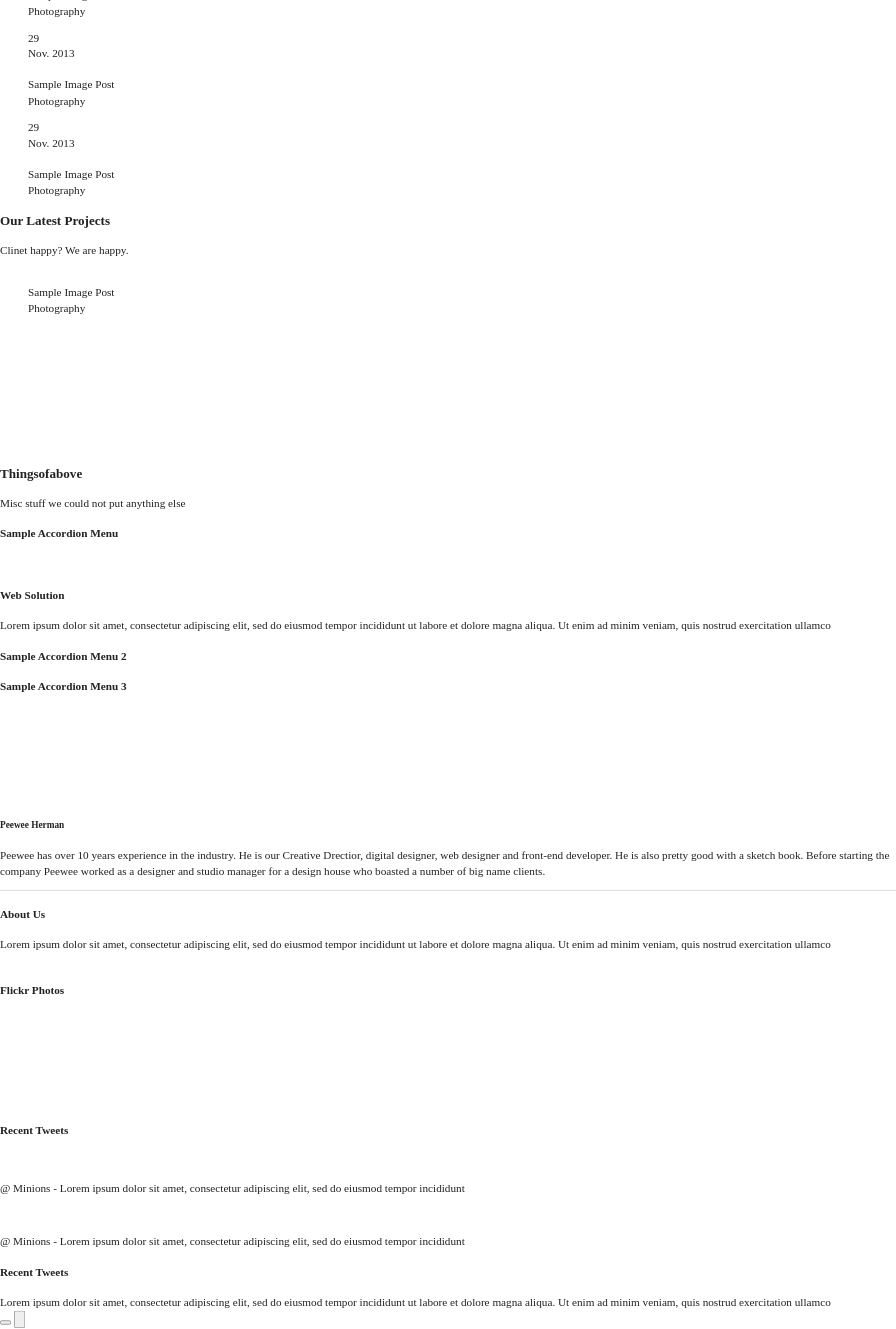
Repository: claudiashin/metrolics
Page: index.html
An editor plug-in stored every save of this project. The page is shown before and after a run of saves, followed by the edit.
The browser window is 1280 px wide. The pictures show the part of the page from y = 1495 to 3415 px (the page is 3393 px tall before and 3415 px after), at 70% of full size.

Above is the page before, as saved 2021-01-27 17:12:57.

After the next 3 saves:
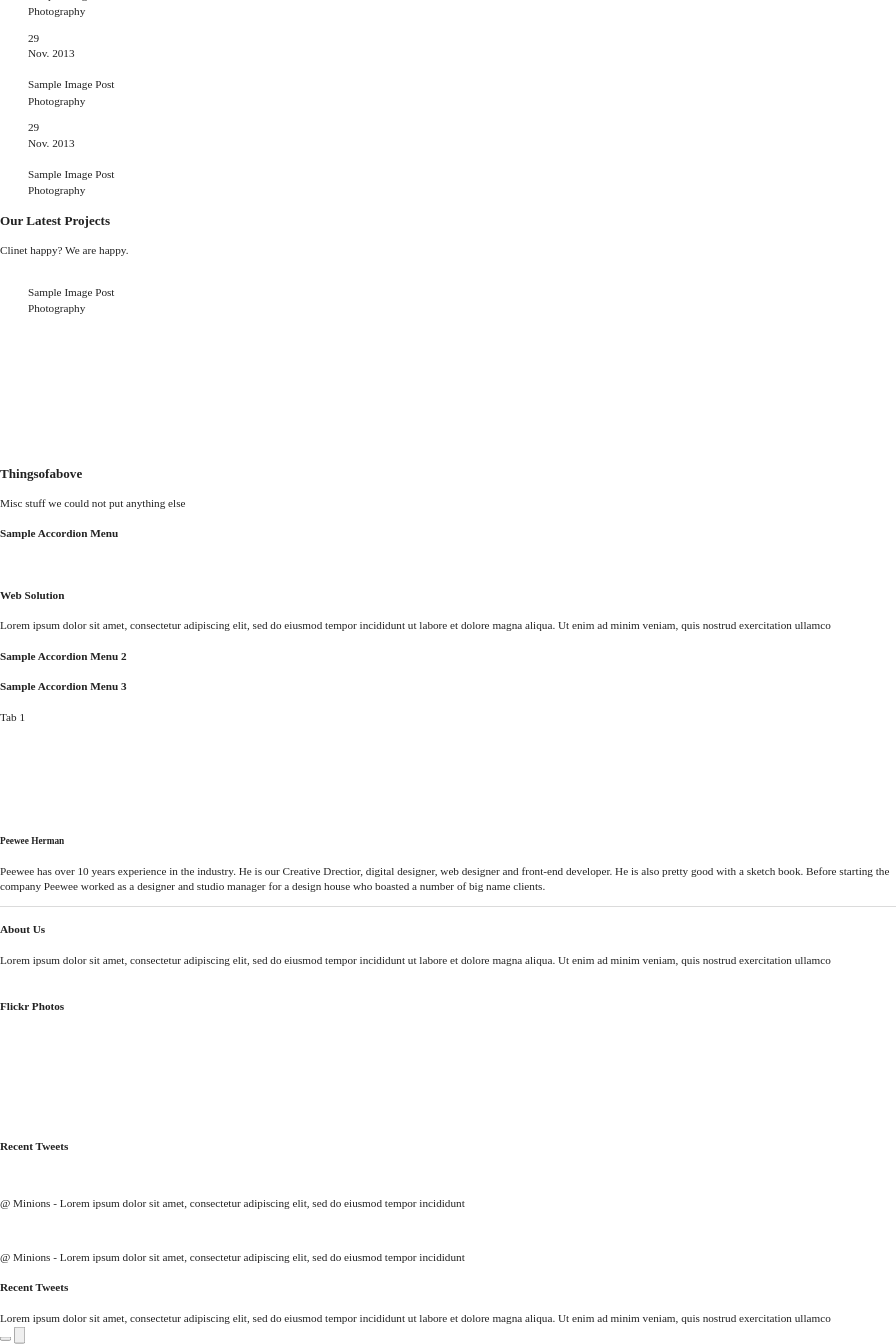
The 3 saves are shown as one change because they came seconds apart.
The last was saved 11 s later.
--- a/index.html
+++ b/index.html
@@ -210,7 +210,9 @@
     </div>
 
     <div class="container">
-      <div class="tab"></div>
+      <div class="tab">
+        <div>Tab 1</div>
+      </div>
     </div>
 
   </section>
